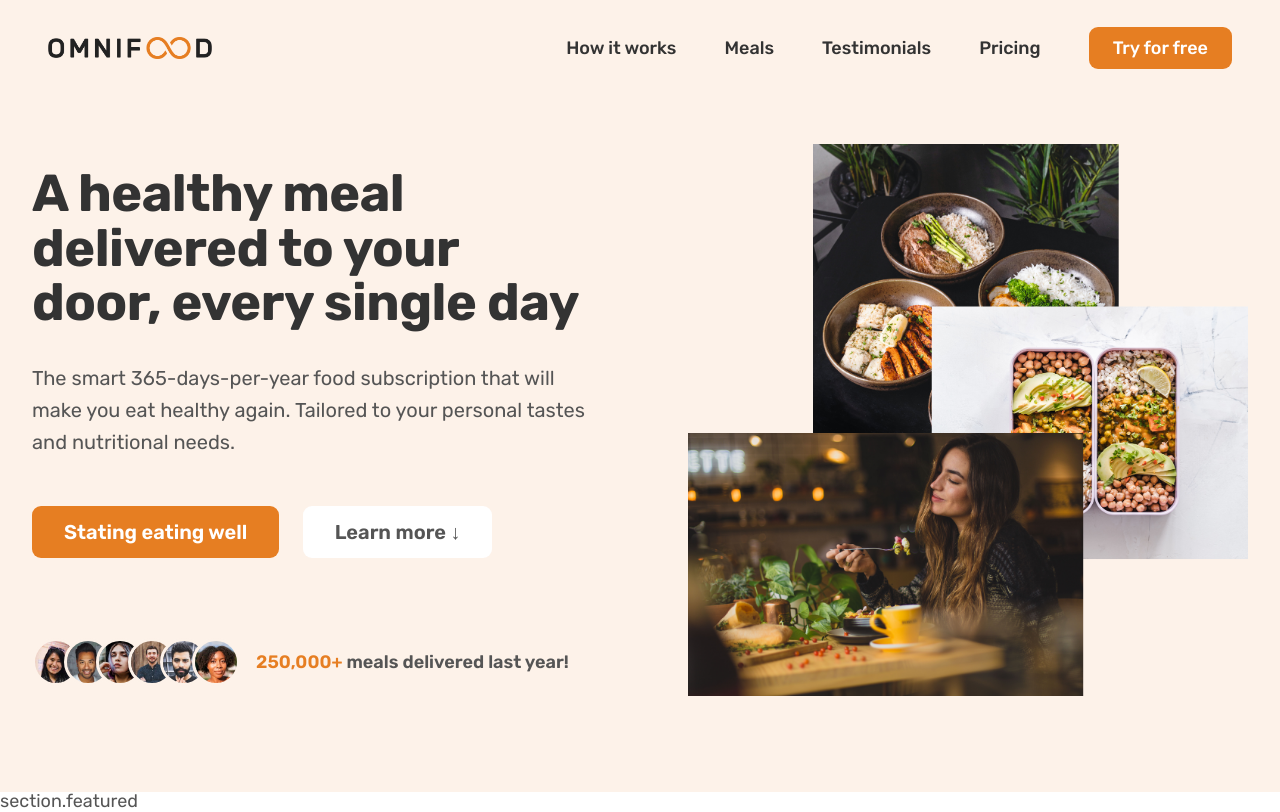
Repository: longvuht/omnifood-vu-nl
Page: index.html
An editor plug-in stored every save of this project. The page is shown before and after the next save, followed by the edit.
The browser window is 1280 px wide. The pictures show the whole page.
The style sheet was rebuilt from its Sass, Less or Tailwind sources for each picture, by a compiler version that may differ from the author's.

Above is the page before, as saved 2022-09-18 23:40:30.

After the next save:
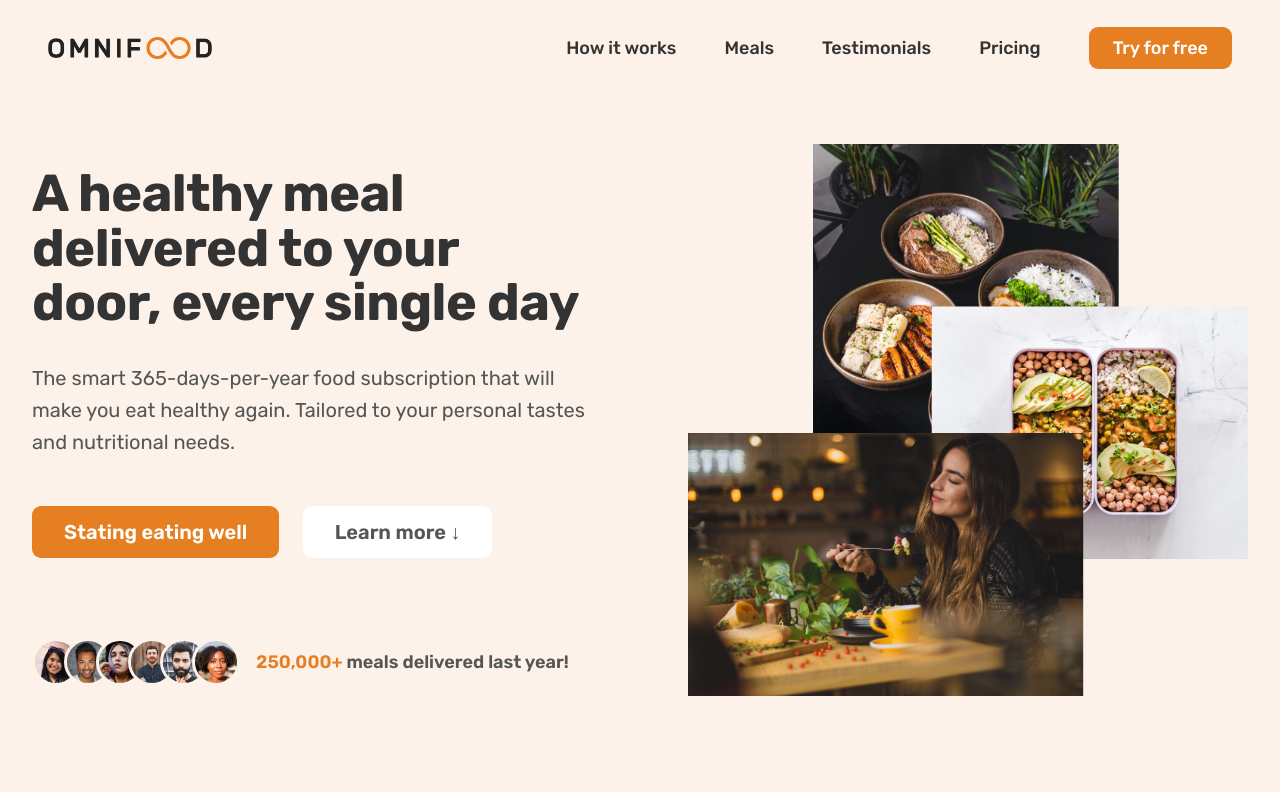
Saved 14 s later.
--- a/index.html
+++ b/index.html
@@ -108,7 +108,7 @@
           </div>
         </div>
       </section>
-      section.featured
+      <section class="featured"></section>
     </div>
   </body>
 </html>
